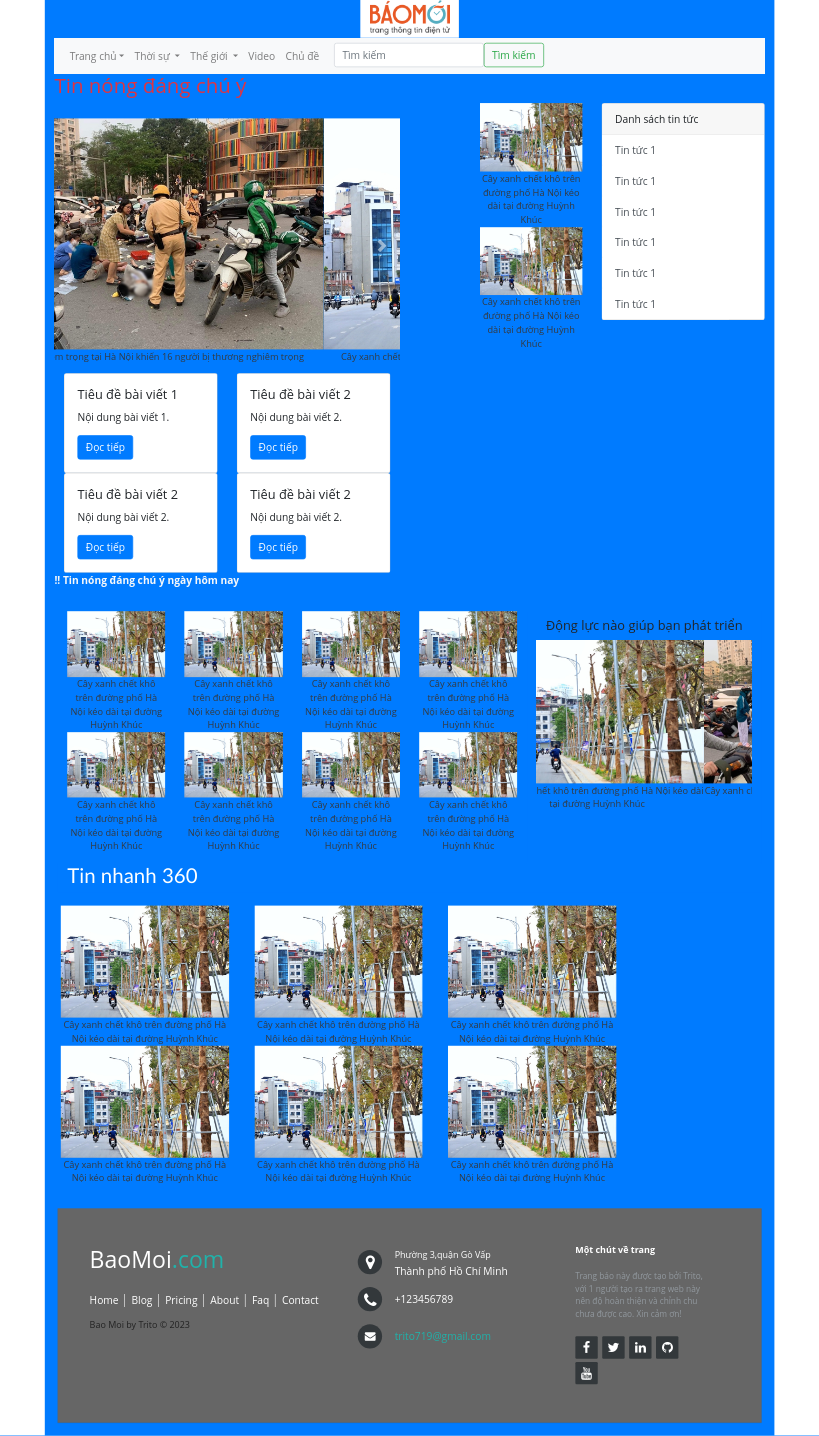
Repository: TRITO719/18_TrinhQuocToan_20081631
Page: So37/html/webMain.html
An editor plug-in stored every save of this project. The page is shown before and after the next save, followed by the edit.
The browser window is 1280 px wide. The pictures show the whole page, at 64% of full size.

Above is the page before, as saved 2023-04-22 13:56:16.

After the next save:
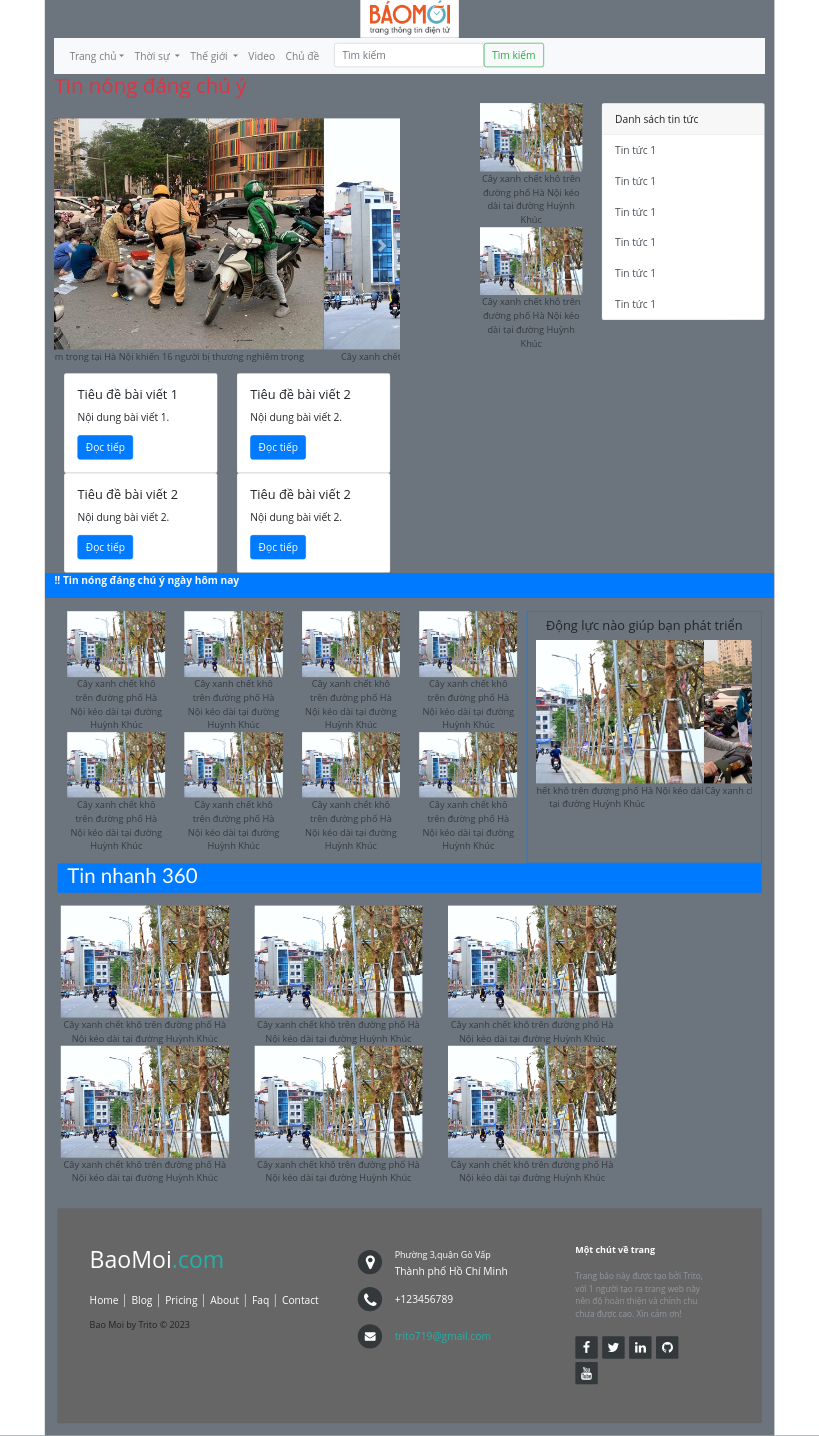
Saved 26 s later.
--- a/So37/html/webMain.html
+++ b/So37/html/webMain.html
@@ -14,7 +14,7 @@
 
 <body>
     <!--Tao thuong hieu va menu-->
-    <div class="container bg-primary">
+    <div class="container bg-secondary">
         <!--Nhan-->
         <a  href="">
             <img class="navbar-brand-item mx-auto d-block" src="../img/Capture.PNG" alt="">
